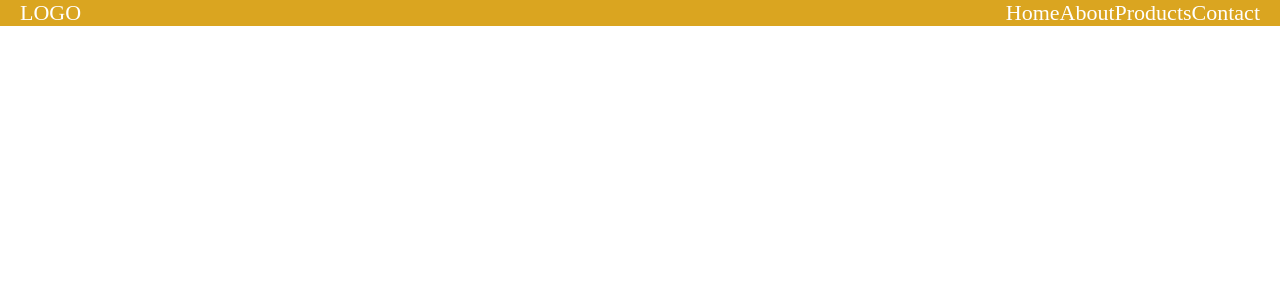
Repository: albayrakfatih/Flex-Navbar
Page: navbar-w-flexbox.html
An editor plug-in stored every save of this project. The page is shown before and after a run of saves, followed by the edit.
The browser window is 1280 px wide. The pictures show the whole page.

Above is the page before, as saved 2023-05-09 19:48:46.

After the next 6 saves:
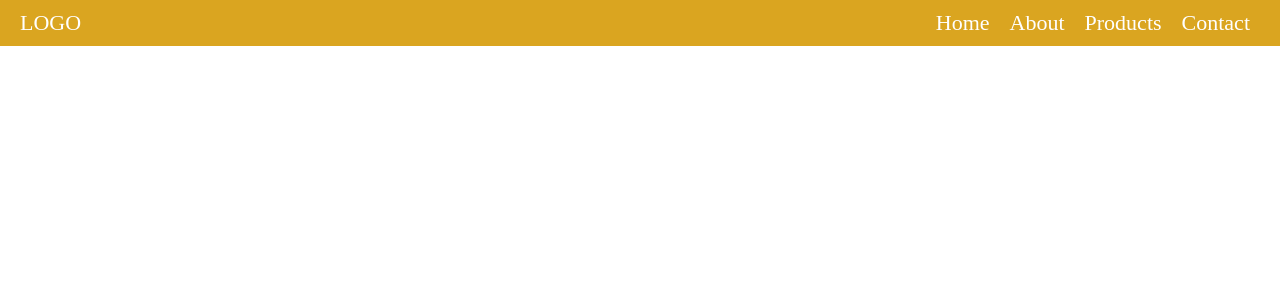
The 6 saves are shown as one change because they came seconds apart.
The last was saved 19 s later.
--- a/styles.css
+++ b/styles.css
@@ -23,3 +23,6 @@
     list-style-type: none;
     display: flex;
 }
+.navigation li{
+    padding: 10px;
+}
